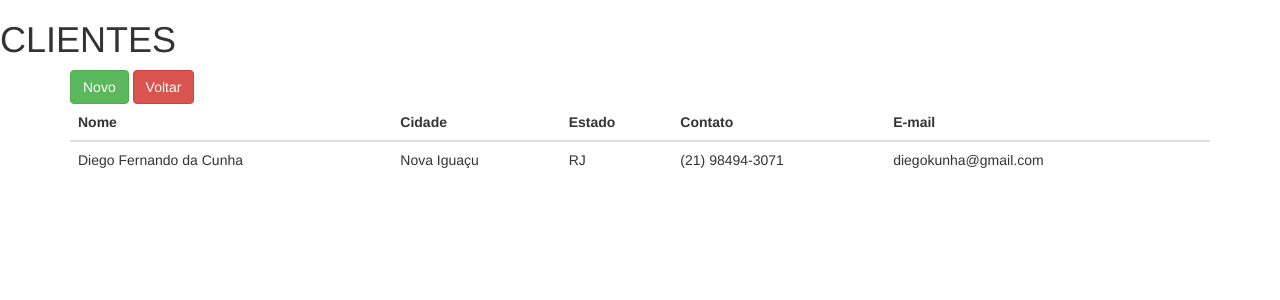
Repository: diegokunha/LojinhaGuru
Page: http://localhost/LojinhaGuru/clientes
These files come from the project's save history. The page is drawn as it stood at one moment and after the next save; the edit follows.
The browser window is 1280 px wide. The pictures show the whole page.
Some web libraries are served in a nearby version. The page is served by Tomcat 9.

Above is the page before, as saved 2017-10-04 01:10:37.

After the next save:
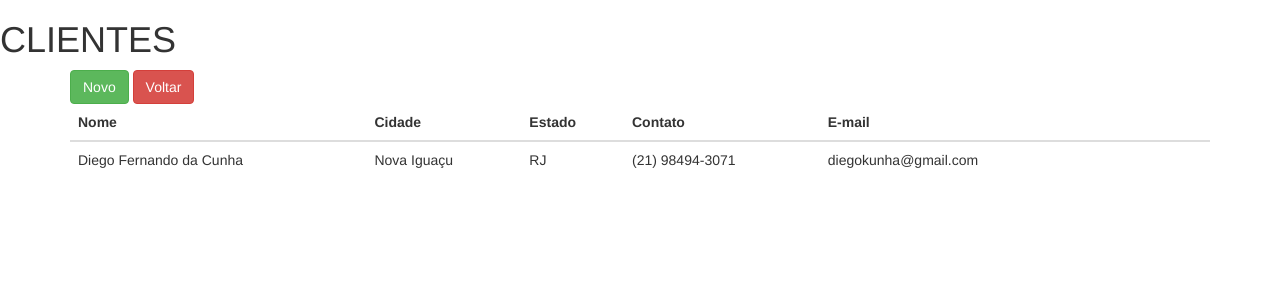
Saved 61 s later.
--- a/LojinhaGuru/WebContent/WEB-INF/views/jsp/clientes.jsp
+++ b/LojinhaGuru/WebContent/WEB-INF/views/jsp/clientes.jsp
@@ -47,8 +47,8 @@
 						<td>(21) 98494-3071</td>
 						<td>diegokunha@gmail.com</td>
 						<td>
-							<span class="glyphicon glyphicons-pen" />
-							<span class="glyphicon glyphicons-remove-sign" />
+							<button type="button" class="btn btn-link"><span class="glyphicon glyphicons-pen" /></button>
+							<button type="button" class="btn btn-link"><span class="glyphicon glyphicons-remove-sign" /></button>
 						</td>
 					</tr>
 				</tbody>
